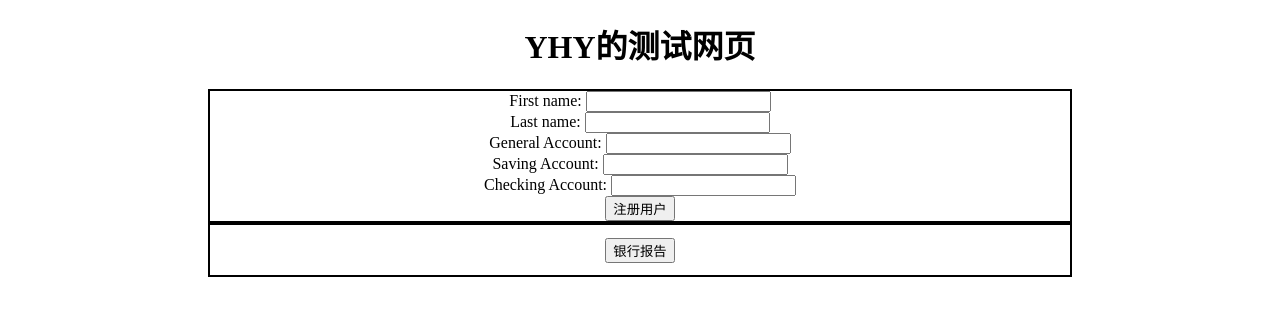
Repository: Darkmoon1/Bank-java-
Page: Bank/myBank/WebContent/home.html
The author's editor kept a copy of each file at every save. The page is drawn from the files as they stood at one save, then again after the next save.
The browser window is 1280 px wide. The pictures show the whole page.

Above is the page before, as saved 2017-07-13 18:14:35.

### Bank/myBank/WebContent/home.html
<!DOCTYPE html>
<html lang="en">
<head>
	<meta charset="UTF-8">
    <meta name="viewport"
          content="width=device-width, user-scalable=no, initial-scale=1.0, maximum-scale=1.0, minimum-scale=1.0">
    <meta http-equiv="X-UA-Compatible" content="text/html">
    <script type="text/javascript" src="js/jquery.js"></script>
    <script type="text/javascript" src="js/test.js"></script>
    <style type="text/css">
    body{
        text-align:center;
    }
    div{
    	border: 2px solid black;
    	margin-left: 200px;
    	margin-right: 200px;
    }

    h1{
    	left:
    }
    .re{
    	height: 50px;
    }
    #report{
    	margin-top: 13px;
    }
    </style>
<title>bank</title>
</head>
	<body>
	<h1>YHY的测试网页</h1>
	<div>
	<form action="MyServlet" method="post">
	<label>First name:</label>
	<input	id="fname" type="text" name="fname" required="required"/>
	<br>
	<label>Last name: </label>
  	<input id="lname" type="text" name="lname" required="required"/>
	<br>
  	<label>General Account:</label>
  	<input id="GA" type="text" name="GA" required="required"/>
	<br>
  	<label>Saving Account:</label>
  	<input id="SA" type="text" name="SA" required="required"/>
	<br>
  	<label>Checking Account:</label>
  	<input id="CA" type="text" name="CA" required="required"/>
	<br>
  	<input  id="regist"	type="submit"  value = "注册用户" />
	</form>
	</div>
	<div class = "re">
	<form action="MyReportServlet" method = "post">
	<input id="report" type="submit" value = "银行报告"/>
	</form>

	</div>
</body>
</html>

### Bank/myBank/WebContent/js/test.js
function regist(){


}

Loaded but not shown: Bank/myBank/WebContent/js/jquery.js (library)

After the next save:
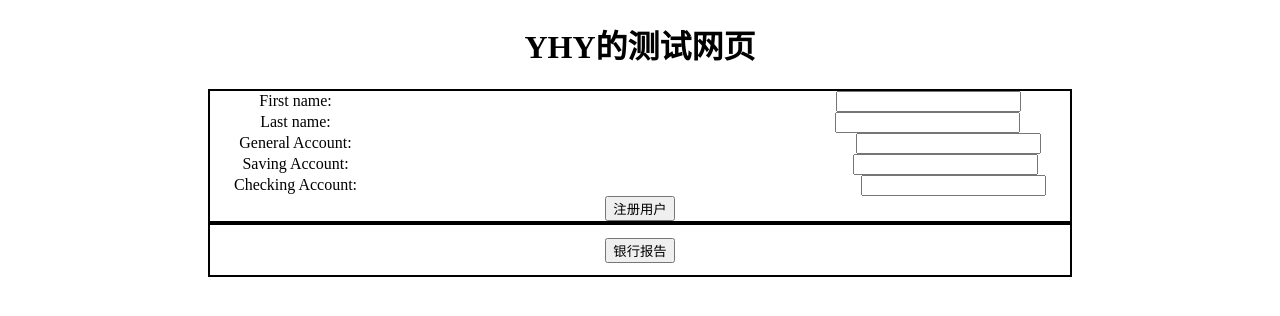
Saved 2 min 13 s later.
--- a/Bank/myBank/WebContent/home.html
+++ b/Bank/myBank/WebContent/home.html
@@ -25,6 +25,9 @@
     }
     #report{
     	margin-top: 13px;
+    }
+    label{
+    	margin-right: 500px;
     }
     </style>
 <title>bank</title>
